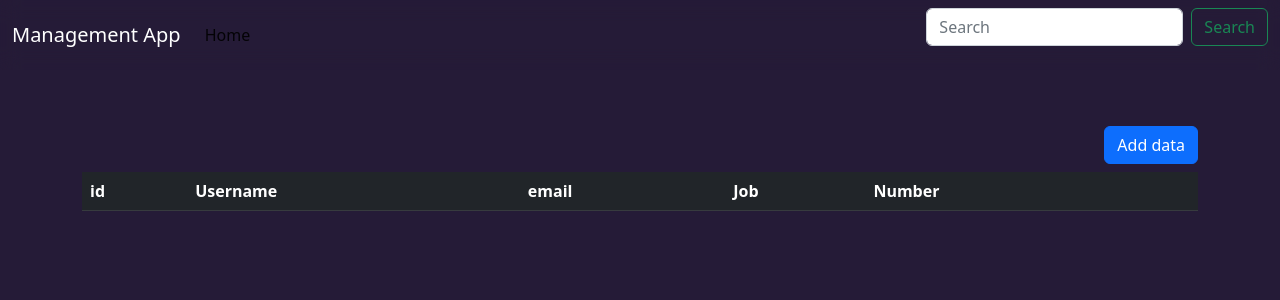
Repository: iamevs/Employee-Management-System
Page: /home (app in client/)
The author's editor kept a copy of each file at every save. The page is drawn from the files as they stood at one save, then again after the next save.
The browser window is 1280 px wide. The pictures show the whole page.
The page's requests for data from a server got no answer. The project was rebuilt for these pictures with package versions that can differ from the ones it lists, and the page was loaded fresh each time. No one was signed in, and anything a server would have sent is missing. Also part of the build but not shown: client/vite.config.js, client/src/components/Register.jsx, client/src/components/Edit.jsx, client/src/components/Hero.jsx. Imported but missing from the stored project, and not drawn on this page: client/src/components/Details.

Above is the page before, as saved 2022-11-28 23:15:33.

After the next save:
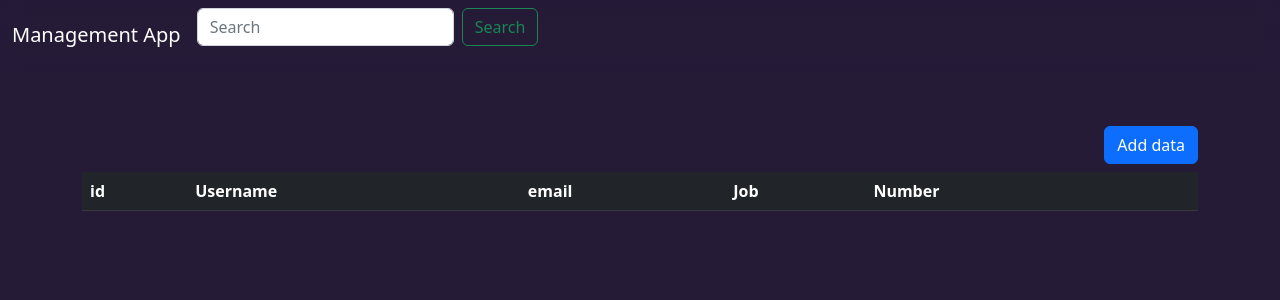
Saved 9 s later.
--- a/client/src/components/Navbar.jsx
+++ b/client/src/components/Navbar.jsx
@@ -18,12 +18,12 @@
                         <span className="navbar-toggler-icon"></span>
                     </button>
                     <div className="collapse navbar-collapse" id="navbarSupportedContent">
-                        <ul className="navbar-nav me-auto mb-2 mb-lg-0">
+                        {/* <ul className="navbar-nav me-auto mb-2 mb-lg-0">
                             <li className="nav-item">
                                 <a className="nav-link active" aria-current="page" href="#">Home</a>
                             </li>
 
-                        </ul>
+                        </ul> */}
                         <form className="d-flex">
                             <input className="form-control me-2" type="search" placeholder="Search" aria-label="Search" />
                             <button className="btn btn-outline-success" type="submit">Search</button>

After the save that followed:
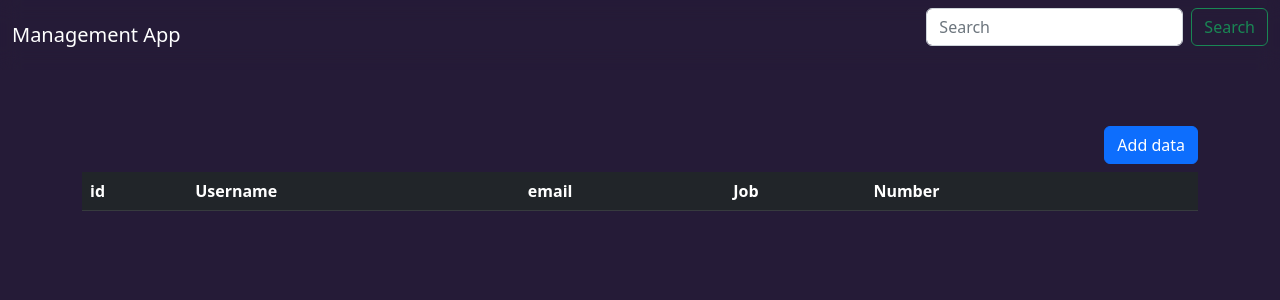
Saved 10 s later.
--- a/client/src/components/Navbar.jsx
+++ b/client/src/components/Navbar.jsx
@@ -18,12 +18,12 @@
                         <span className="navbar-toggler-icon"></span>
                     </button>
                     <div className="collapse navbar-collapse" id="navbarSupportedContent">
-                        {/* <ul className="navbar-nav me-auto mb-2 mb-lg-0">
-                            <li className="nav-item">
+                        <ul className="navbar-nav me-auto mb-2 mb-lg-0">
+                            {/* <li className="nav-item">
                                 <a className="nav-link active" aria-current="page" href="#">Home</a>
-                            </li>
+                            </li> */}
 
-                        </ul> */}
+                        </ul>
                         <form className="d-flex">
                             <input className="form-control me-2" type="search" placeholder="Search" aria-label="Search" />
                             <button className="btn btn-outline-success" type="submit">Search</button>
